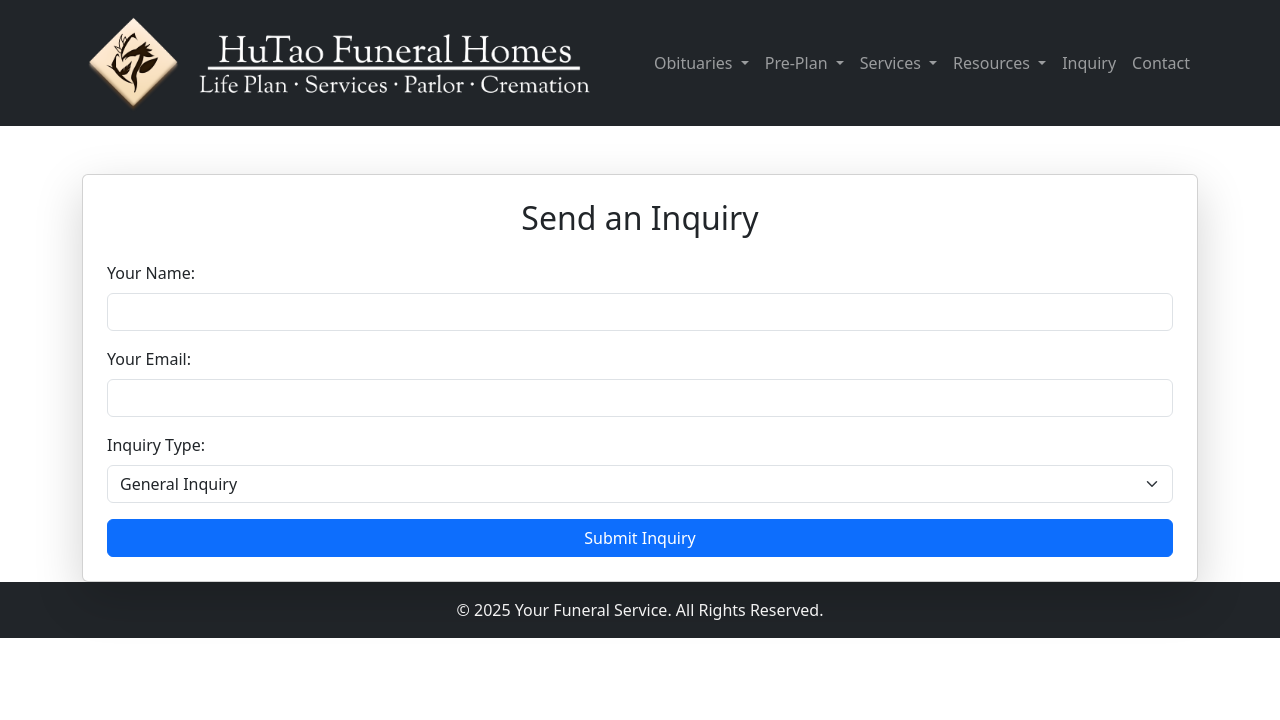
Repository: Jamil-cyber-hash/INSANITY
Page: http://localhost/inquiry.php
The author's editor kept a copy of each file at every save. The page is drawn from the files as they stood at one save, then again after the next save.
The browser window is 1280 px wide. The pictures show the whole page.
The page is run by PHP 8.4 with error messages shown; the project is at /var/www/html/.

Above is the page before, as saved 2025-03-23 22:33:46.

### inquiry.php
<!DOCTYPE html>
<html lang="en">
<head>
    <meta charset="UTF-8">
    <meta name="viewport" content="width=device-width, initial-scale=1.0">
    <title>Inquiry Form</title>
    <link href="https://cdn.jsdelivr.net/npm/bootstrap@5.3.3/dist/css/bootstrap.min.css" rel="stylesheet" integrity="sha384-QWTKZyjpPEjISv5WaRU9OFeRpok6YctnYmDr5pNlyT2bRjXh0JMhjY6hW+ALEwIH" crossorigin="anonymous">
    <script src="https://cdn.jsdelivr.net/npm/bootstrap@5.3.3/dist/js/bootstrap.bundle.min.js" integrity="sha384-YvpcrYf0tY3lHB60NNkmXc5s9fDVZLESaAA55NDzOxhy9GkcIdslK1eN7N6jIeHz" crossorigin="anonymous"></script>

    <script>
        function toggleObituaryFields() {
            let inquiryType = document.getElementById("inquiry_type").value;
            let obituaryFields = document.getElementById("obituary_fields");

            obituaryFields.style.display = (inquiryType === "Obituary") ? "block" : "none";
        }

        document.addEventListener("DOMContentLoaded", function() {
            document.getElementById('sender_email').addEventListener('input', function() {
                const email = this.value;
                const emailPattern = /^[a-zA-Z0-9._%+-]+@[a-zA-Z0-9.-]+\.[a-zA-Z]{2,}$/;
                const emailError = document.getElementById('email-error');

                if (emailPattern.test(email)) {
                    emailError.style.display = 'none';
                    this.classList.remove('invalid');
                    this.classList.add('valid');
                } else {
                    emailError.style.display = 'block';
                    this.classList.remove('valid');
                    this.classList.add('invalid');
                }
            });
        });
    </script>

</head>
<body>

<?php include 'header.php'; ?>

<div class="container mt-5">
    <div class="card shadow-lg p-4">
        <h2 class="text-center mb-4">Send an Inquiry</h2>
        <form action="submit_inquiry.php" method="POST" enctype="multipart/form-data">
            <div class="mb-3">
                <label for="name" class="form-label">Your Name:</label>
                <input type="text" id="name" name="name" class="form-control" required>
            </div>

            <div class="mb-3">
                <label for="email" class="form-label">Your Email:</label>
                <input type="email" id="email" name="email" class="form-control" required>
            </div>

            <div class="mb-3">
                <label for="inquiry_type" class="form-label">Inquiry Type:</label>
                <select id="inquiry_type" name="inquiry_type" class="form-select" required onchange="toggleObituaryFields()">
                    <option value="General">General Inquiry</option>
                    <option value="Obituary">Obituary Submission</option>
                </select>
            </div>

            <!-- Obituary Fields (Initially Hidden) -->
            <div id="obituary_fields" style="display: none;">
                <h5 class="mt-3">Obituary Details</h5>

                <!-- Sender's Info -->
                <div class="mb-3">
                    <label for="sender_name" class="form-label">Sender's Name:</label>
                    <input type="text" class="form-control" id="sender_name" name="sender_name" required />
                </div>
                <div class="mb-3">
                    <label for="sender_email" class="form-label">Sender's Email:</label>
                    <input type="email" class="form-control" id="sender_email" name="sender_email" required />
                    <span id="email-error" style="display: none; color: red;">Invalid email format.</span>
                </div>

                <!-- Deceased's Info -->
                <div class="mb-3">
                    <label for="deceased_first_name" class="form-label">Deceased's First Name:</label>
                    <input type="text" class="form-control" id="deceased_first_name" name="deceased_first_name" required />
                </div>
                <div class="mb-3">
                    <label for="deceased_middle_name" class="form-label">Deceased's Middle Name (Optional):</label>
                    <input type="text" class="form-control" id="deceased_middle_name" name="deceased_middle_name" />
                </div>
                <div class="mb-3">
                    <label for="deceased_last_name" class="form-label">Deceased's Last Name:</label>
                    <input type="text" class="form-control" id="deceased_last_name" name="deceased_last_name" required />
                </div>

                <!-- Gender -->
                <div class="mb-3">
                    <label>Gender:</label><br>
                    <div class="form-check form-check-inline">
                        <input class="form-check-input" type="radio" name="gender" id="male" value="Male" required />
                        <label class="form-check-label" for="male">Male</label>
                    </div>
                    <div class="form-check form-check-inline">
                        <input class="form-check-input" type="radio" name="gender" id="female" value="Female" />
                        <label class="form-check-label" for="female">Female</label>
                    </div>
                    <div class="form-check form-check-inline">
                        <input class="form-check-input" type="radio" name="gender" id="other" value="Other" />
                        <label class="form-check-label" for="other">Other</label>
                    </div>
                </div>

                <div class="mb-3">
                    <label for="date_of_passing" class="form-label">Date of Passing:</label>
                    <input type="date" class="form-control" id="date_of_passing" name="date_of_passing" required />
                </div>
                <div class="mb-3">
                    <label for="description" class="form-label">Obituary Message:</label>
                    <textarea class="form-control" id="description" name="description" rows="4" required></textarea>
                </div>
                <div class="mb-3">
                    <label for="image" class="form-label">Upload Picture:</label>
                    <input type="file" class="form-control" id="image" name="image" accept="image/*" required />
                </div>
            </div>

            <button type="submit" class="btn btn-primary w-100">Submit Inquiry</button>
        </form>
    </div>
</div>

<script src="https://cdn.jsdelivr.net/npm/bootstrap@5.3.0/dist/js/bootstrap.bundle.min.js"></script>

<?php include 'footer.php'; ?>

</body>
</html>

### header.php
<!DOCTYPE html>
<html lang="en">
<head>
    <meta charset="UTF-8" />
    <meta name="viewport" content="width=device-width, initial-scale=1.0" />
    <title>Funeral Service</title>

    <link href="https://cdn.jsdelivr.net/npm/bootstrap@5.3.3/dist/css/bootstrap.min.css" rel="stylesheet" integrity="sha384-QWTKZyjpPEjISv5WaRU9OFeRpok6YctnYmDr5pNlyT2bRjXh0JMhjY6hW+ALEwIH" crossorigin="anonymous">
<script src="https://cdn.jsdelivr.net/npm/bootstrap@5.3.3/dist/js/bootstrap.bundle.min.js" integrity="sha384-YvpcrYf0tY3lHB60NNkmXc5s9fDVZLESaAA55NDzOxhy9GkcIdslK1eN7N6jIeHz" crossorigin="anonymous"></script>
<link rel="stylesheet" href="css/pang.css">
<link rel="stylesheet" href="css/form.css">

</head>
<body>

<!-- Header -->
<nav class="navbar navbar-expand-lg navbar-dark bg-dark">
    <div class="container">
        <a class="navbar-brand" href="PANG.php"><img src="imaages\logo.png" alt="" class="logo"><img src="imaages\logo2.png" alt="" class="logo2"></a>


         <button class="navbar-toggler" type="button" data-bs-toggle="collapse" data-bs-target="#navbarNav">
            <span class="navbar-toggler-icon"></span>
        </button>

        <div class="collapse navbar-collapse" id="navbarNav">
            <ul class="navbar-nav ms-auto">
                <!-- Obituaries Dropdown -->
                <li class="nav-item dropdown">
                    <a class="nav-link dropdown-toggle" href="#" id="obituariesDropdown" role="button" data-bs-toggle="dropdown" aria-expanded="false">
                        Obituaries
                    </a>
                    <ul class="dropdown-menu" aria-labelledby="obituariesDropdown">
                        <li><a class="dropdown-item" href="PANG.php#obituaries">Recent Obituaries</a></li>
                        <li><a class="dropdown-item" href="#search">Search Obituaries</a></li>

                    </ul>
                </li>

                <!-- Pre-Plan Dropdown -->
                <li class="nav-item dropdown">
                    <a class="nav-link dropdown-toggle" href="#" id="preplanDropdown" role="button" data-bs-toggle="dropdown" aria-expanded="false">
                        Pre-Plan
                    </a>
                    <ul class="dropdown-menu" aria-labelledby="preplanDropdown">
                        <li><a class="dropdown-item" href="pre-plan.php">Why Pre-Plan?</a></li>
                        <li><a class="dropdown-item" href="submit_preplan.php">Pre-Plan Options</a></li>
                    </ul>
                </li>

                <!-- Services Dropdown -->
                <li class="nav-item dropdown">
                    <a class="nav-link dropdown-toggle" href="services.php" id="servicesDropdown" role="button" data-bs-toggle="dropdown" aria-expanded="false">
                        Services
                    </a>
                    <ul class="dropdown-menu" aria-labelledby="servicesDropdown">
                        <li><a class="dropdown-item" href="burial_services.php">Burial Services</a></li>
                        <li><a class="dropdown-item" href="cremation.php">Cremation Services</a></li>
                        <li><a class="dropdown-item" href="memorial.php">Memorial Planning</a></li>
                    </ul>
                </li>

                <!-- Resources Dropdown -->
                <li class="nav-item dropdown">
                    <a class="nav-link dropdown-toggle" href="#" id="resourcesDropdown" role="button" data-bs-toggle="dropdown" aria-expanded="false">
                        Resources
                    </a>
                    <ul class="dropdown-menu" aria-labelledby="resourcesDropdown">
                        <li><a class="dropdown-item" href="grief_support.php">Grief Support</a></li>
                        <li><a class="dropdown-item" href="faq.php">FAQs</a></li>
                    </ul>
                </li>

                <!-- Inquiry Link -->
                <li class="nav-item">
                    <a class="nav-link" href="inquiry.php">Inquiry</a>
                </li>

                <!-- Contact Link -->
                <li class="nav-item">
                    <a class="nav-link" href="#contact">Contact</a>
                </li>
            </ul>
        </div>
    </div>
</nav>

### footer.php
<footer class="footer mt-auto py-3 bg-dark text-white text-center">
    <div class="container">
        <span>© 2025 Your Funeral Service. All Rights Reserved.</span>
    </div>
</footer>


</body>
</html>

### css/pang.css

.carousel-item img {
    width: 100%;
    height: 600px;
    object-fit: cover;
}
.logo{
    height: 100px;
    width: auto;
    object-fit: contain;

}
.logo2{
    height: 100px;
    width: auto;
    object-fit: contain;

}
.map1{
    align-items: center;
    justify-content: center;
    text-align: center;
}
.map2{
    align-items: center;
    justify-content: center;
    text-align: center;
}
.navbar-nav .dropdown .dropdown-menu {
    display: block;
    opacity: 0;
    visibility: hidden;
    transition: opacity 0.3s ease, transform 0.3s ease;
    transform: translateY(-10px);
}

.navbar-nav .dropdown:hover .dropdown-menu {
    opacity: 1;
    visibility: visible;
    transform: translateY(0);
}

### css/form.css
#sender_email {
    border: 1px solid #ced4da;
    transition: border-color 0.2s ease-in-out;
}

/* Red border when invalid */
#sender_email.invalid {
    border-color: #dc3545;
}

/* Optional: Green border when valid */
#sender_email.valid {
    border-color: #28a745;
}

After the next save:
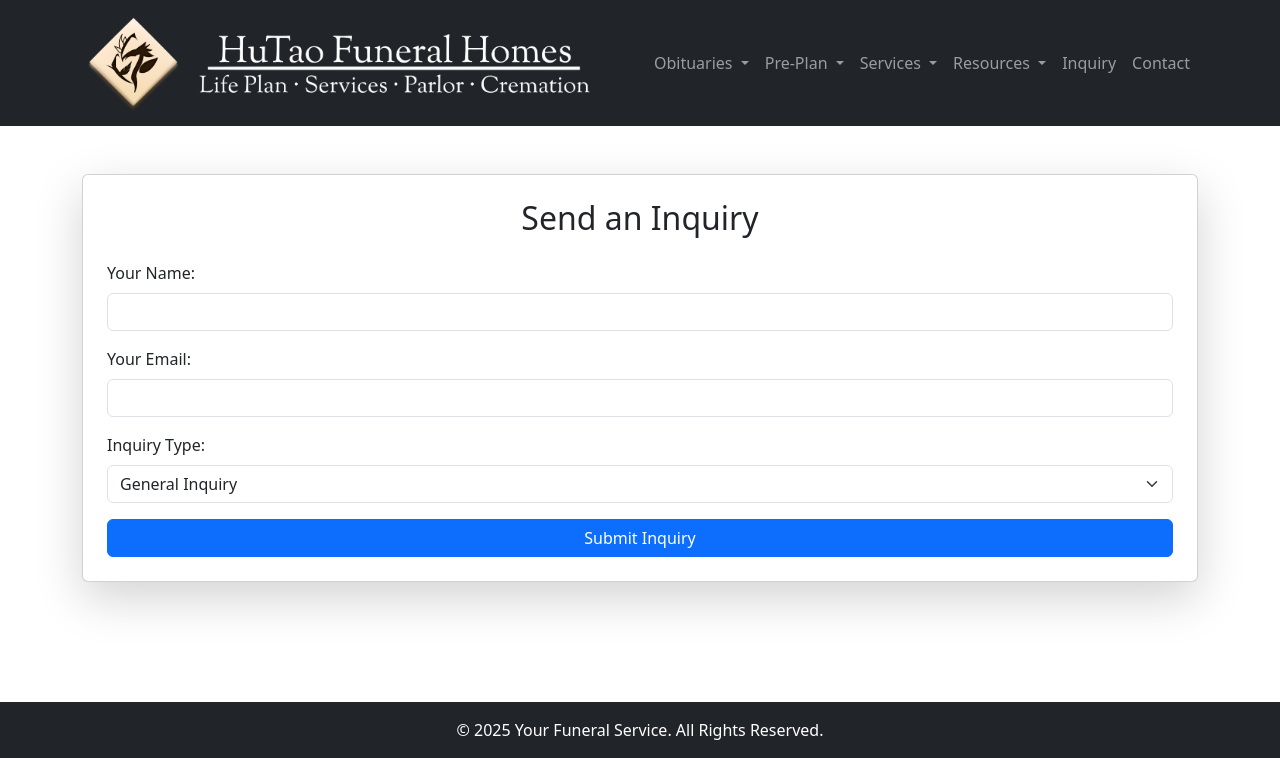
Saved 25 s later.
--- a/inquiry.php
+++ b/inquiry.php
@@ -127,6 +127,11 @@
 </div>
 
 <script src="https://cdn.jsdelivr.net/npm/bootstrap@5.3.0/dist/js/bootstrap.bundle.min.js"></script>
+<br>
+<br>
+<br>
+<br>
+<br>
 
 <?php include 'footer.php'; ?>
 
